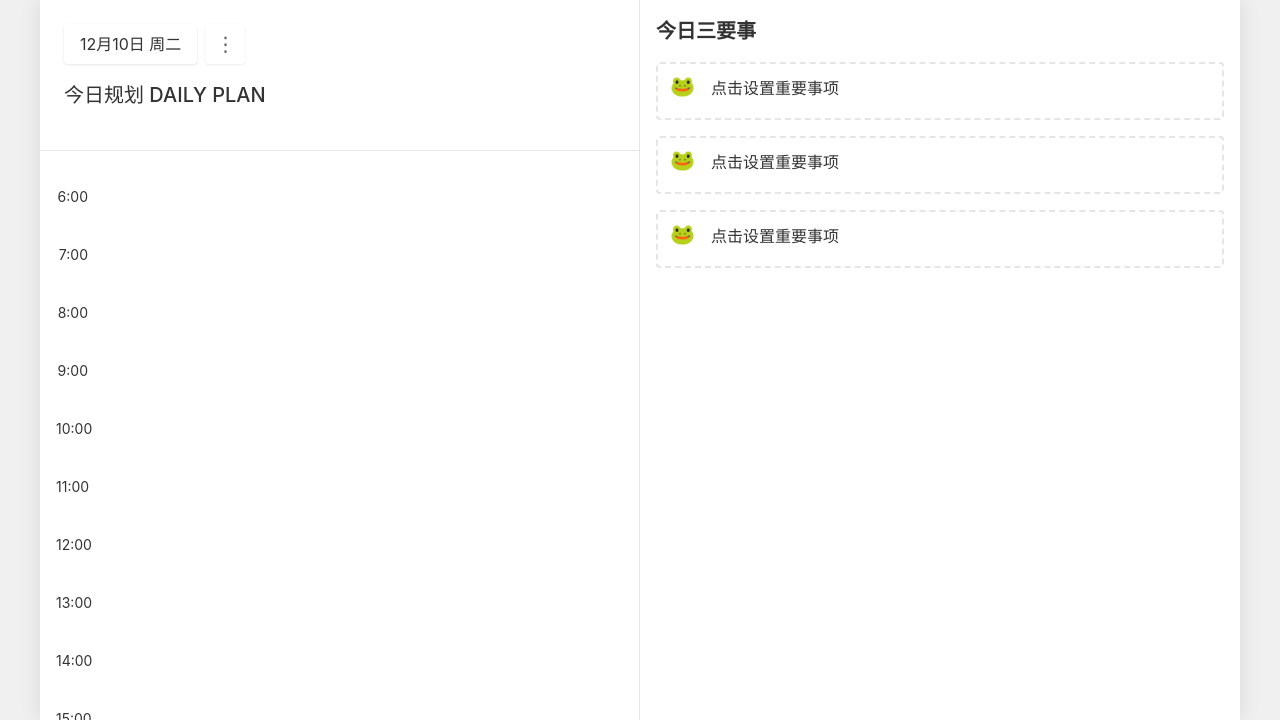
Repository: a6288a/Daily-Planner
Page: index.html
An editor plug-in stored every save of this project. The page is shown before and after the next save, followed by the edit.
The browser window is 1280 px wide. The pictures show the whole page.
An inner scrolling area shows only its first screen.

Above is the page before, as saved 2024-12-10 18:51:56.

### index.html
<!DOCTYPE html>
<html lang="zh">
<head>
    <meta charset="UTF-8">
    <meta name="viewport" content="width=device-width, initial-scale=1.0">
    <title>每日规划笔记本</title>
    <link rel="stylesheet" href="styles.css">
</head>
<body>
    <div class="container">
        <!-- 左侧时间轴区域 -->
        <div class="timeline-area">
            <!-- 顶部日期区域 -->
            <div class="date-header">
                <div class="header-controls">
                    <div class="current-date" id="current-date">
                        <!-- 日期将通过 JS 动态生成 -->
                    </div>
                    <button class="menu-trigger" id="menuTrigger">⋮</button>
                    <div class="header-menu" id="headerMenu">
                        <div class="menu-item danger" id="clearAllData">
                            <span class="menu-icon">🗑️</span>
                            <span>清除所有数据</span>
                        </div>
                    </div>
                </div>
                <h1 class="page-title">今日规划 DAILY PLAN</h1>
            </div>
            <div class="timeline-container" id="timeline-container">
                <!-- 时间轴将通过 JS 动态生成 -->
            </div>
        </div>

        <!-- 右侧区域 -->
        <div class="right-area">
            <!-- 三只青蛙区域 -->
            <div class="frogs-area">
                <h2 class="frogs-title">今日三要事</h2>
                <div class="frog-tasks">
                    <div class="frog-task">
                        <span class="frog-emoji">🐸</span>
                        <div class="task-content" data-index="0">点击设置重要事项</div>
                        <button class="task-clear" title="清除">×</button>
                    </div>
                    <div class="frog-task">
                        <span class="frog-emoji">🐸</span>
                        <div class="task-content" data-index="1">点击设置重要事项</div>
                        <button class="task-clear" title="清除">×</button>
                    </div>
                    <div class="frog-task">
                        <span class="frog-emoji">🐸</span>
                        <div class="task-content" data-index="2">点击设置重要事项</div>
                        <button class="task-clear" title="清除">×</button>
                    </div>
                </div>
            </div>

            <!-- 自由记录区域 -->
            <div class="free-area" id="free-area">
                <!-- 便签将通过 JS 动态生成 -->
            </div>
        </div>
    </div>
    <script src="script.js"></script>
</body>
</html>

### styles.css
:root {
    /* 纸张风格颜色变量 */
    --paper-color: #ffffff;
    --ink-color: #333333;
    --dot-color: #cccccc;
    --line-color: #e5e5e5;
    --accent-color: #4a90e2;

    /* 间距变量 */
    --spacing-unit: 8px;

    /* 字体变量 */
    --title-font: 'PingFang SC', -apple-system, BlinkMacSystemFont, 'Segoe UI', Roboto, sans-serif;
}

* {
    margin: 0;
    padding: 0;
    box-sizing: border-box;
}

body {
    font-family: var(--title-font);
    color: var(--ink-color);
    background-color: #f0f0f0;
    line-height: 1.5;
}

.container {
    display: grid;
    grid-template-columns: 1fr 1fr;
    min-height: 100vh;
    width: 100%;
    max-width: 1200px;
    margin: 0 auto;
    background: var(--paper-color);
    box-shadow: 0 0 20px rgba(0,0,0,0.1);
}

/* 日期头部样式 */
.date-header {
    padding: calc(var(--spacing-unit) * 3);
    border-bottom: 1px solid var(--line-color);
}

.page-title {
    font-size: 1.25rem;
    font-weight: 500;
    margin-bottom: calc(var(--spacing-unit) * 2);
    color: var(--ink-color);
}

.calendar {
    font-size: 0.75rem;
    color: var(--ink-color);
}

.month-grid {
    display: grid;
    grid-template-columns: repeat(12, 1fr);
    gap: 4px;
    margin-bottom: calc(var(--spacing-unit) * 2);
}

.weekday-row {
    display: grid;
    grid-template-columns: repeat(7, 1fr);
    gap: 4px;
}

/* 时间轴区域样式 */
.timeline-area {
    border-right: 1px solid var(--line-color);
    background: var(--paper-color);
    height: 100vh;
    overflow-y: auto;
    padding: 0;
}

.timeline-container {
    padding: calc(var(--spacing-unit) * 2);
}

.time-slot {
    position: relative;
    padding: calc(var(--spacing-unit) * 1.5) 0;
    margin-left: calc(var(--spacing-unit) * 6);
    min-height: 32px;
    display: flex;
    align-items: center;
}

.time-label {
    position: absolute;
    left: calc(var(--spacing-unit) * -6);
    top: 50%;
    transform: translateY(-50%);
    font-size: 0.875rem;
    color: var(--ink-color);
    width: calc(var(--spacing-unit) * 4);
    text-align: right;
}

.time-content {
    position: relative;
    flex: 1;
    margin-left: calc(var(--spacing-unit) * 3);
    min-height: 24px;
    padding: 4px 8px;
    display: flex;
    align-items: center;
    gap: 8px;
    background: var(--paper-color);
    border-radius: 4px;
    transition: all 0.2s ease;
}

.time-content-text {
    flex: 1;
    min-height: 24px;
    outline: none;
}

.time-drag-handle {
    opacity: 0;
    cursor: grab;
    color: var(--dot-color);
    font-size: 14px;
    user-select: none;
    transition: opacity 0.2s ease;
}

.time-content:hover .time-drag-handle {
    opacity: 0.6;
}

.time-content.dragging {
    cursor: grabbing;
    box-shadow: 0 2px 8px rgba(0,0,0,0.1);
    background-color: var(--paper-color);
}

.time-content.dragging .time-drag-handle {
    opacity: 1;
    cursor: grabbing;
}

/* 点状引导线 */
.time-content::before {
    content: '';
    position: absolute;
    left: calc(var(--spacing-unit) * -2);
    right: 8px;
    top: 50%;
    border-top: 1px dotted var(--dot-color);
    z-index: -1;
}

/* 时间轴内容的占位符 */
.time-content:empty::before {
    content: '...';
    color: var(--dot-color);
    position: absolute;
    left: 8px;
    top: 50%;
    transform: translateY(-50%);
    z-index: 0;
}

/* 时间轴内容的编辑状态 */
.time-content:focus {
    outline: none;
    background-color: rgba(74, 144, 226, 0.05);
}

.time-content:hover {
    background-color: rgba(0, 0, 0, 0.02);
}

/* 自由区域样式 */
.free-area {
    flex: 1;
    overflow: auto;
    padding: calc(var(--spacing-unit) * 2);
    position: relative;
    overflow: hidden;
}

.note {
    position: absolute;
    min-width: 200px;
    min-height: 120px;
    max-width: calc(100% - 20px);
    max-height: calc(100% - 20px);
    background: var(--paper-color);
    border-radius: 4px;
    padding: 0;
    box-shadow: 0 2px 4px rgba(0,0,0,0.1);
    user-select: none;
    transform: translate3d(0, 0, 0);
    transition: box-shadow 0.2s ease;
}

.note:hover {
    box-shadow: 0 4px 8px rgba(0,0,0,0.15);
}

.editable {
    width: 100%;
    height: 100%;
    border: none;
    resize: none;
    font-family: inherit;
    font-size: 0.9375rem;
    color: var(--text-primary);
    background: transparent;
    padding: 0;
}

.editable:focus {
    outline: none;
}

/* 响应式设计 */
@media (max-width: 768px) {
    .container {
        grid-template-columns: 1fr; /* 在小屏幕上堆叠显示 */
    }

    .timeline-area,
    .right-area {
        height: 50vh; /* 上下各占一半 */
    }

    .time-label {
        font-size: 0.75rem;
        left: calc(var(--spacing-unit) * -6);
    }

    .note {
        min-width: 160px;
        min-height: 100px;
    }
}

/* 滚动条美化 */
::-webkit-scrollbar {
    width: 8px;
}

::-webkit-scrollbar-track {
    background: var(--background-color);
}

::-webkit-scrollbar-thumb {
    background: var(--primary-light);
    border-radius: 4px;
}

::-webkit-scrollbar-thumb:hover {
    background: var(--primary-color);
}

/* 修改右侧区域结构 */
.right-area {
    display: flex;
    flex-direction: column;
    height: 100vh;
    background: var(--background-color);
}

/* 三只蛙区域样式 */
.frogs-area {
    background: var(--surface-color);
    padding: calc(var(--spacing-unit) * 2);
    box-shadow: var(--shadow-1);
    border-bottom: 1px solid var(--border-color);
}

.frogs-title {
    font-size: 1.25rem;
    color: var(--text-primary);
    margin-bottom: calc(var(--spacing-unit) * 2);
    display: flex;
    align-items: center;
    gap: var(--spacing-unit);
}

.frog-emoji {
    font-size: 1.25rem;
    line-height: 1;
}

.frog-tasks {
    display: grid;
    gap: calc(var(--spacing-unit) * 2);
    margin-bottom: var(--spacing-unit);
}

.frog-task {
    display: flex;
    align-items: center;
    gap: calc(var(--spacing-unit) * 2);
    padding: calc(var(--spacing-unit) * 1.5);
    background: var(--paper-color);
    border: 2px dashed var(--line-color);
    border-radius: 4px;
    min-height: calc(var(--spacing-unit) * 6);
    transition: all 0.2s ease;
    cursor: pointer;
}

.frog-task:hover {
    border-color: var(--accent-color);
    background-color: rgba(74, 144, 226, 0.05);
}

.task-content {
    flex: 1;
    color: var(--text-secondary);
}

.task-content.has-content {
    color: var(--ink-color);
}

.task-clear {
    opacity: 0;
    background: none;
    border: none;
    font-size: 1.2rem;
    color: var(--text-secondary);
    cursor: pointer;
    padding: 4px;
    transition: all 0.2s ease;
}

.frog-task:hover .task-clear {
    opacity: 0.6;
}

.task-clear:hover {
    opacity: 1 !important;
    color: #ff4444;
}

/* 修改自由区域样式 */
.free-area {
    flex: 1;
    overflow: auto;
    padding: calc(var(--spacing-unit) * 2);
    position: relative;
}

/* 响应式设计更新 */
@media (max-width: 768px) {
    .container {
        grid-template-columns: 1fr;
    }

    .timeline-area,
    .right-area {
        height: 50vh;
    }

    .frogs-area {
        padding: var(--spacing-unit);
    }

    .frog-tasks {
        gap: var(--spacing-unit);
    }

    .frog-task {
        padding: var(--spacing-unit);
        min-height: calc(var(--spacing-unit) * 5);
    }
}

/* 修改日期头部样式 */
.current-date {
    font-size: 1rem;
    color: var(--ink-color);
    margin-bottom: calc(var(--spacing-unit) * 2);
    cursor: pointer;
    display: inline-block;
    padding: 8px 16px;
    border-radius: 4px;
    background-color: var(--paper-color);
    box-shadow: 0 1px 3px rgba(0,0,0,0.1);
    transition: all 0.2s ease;
}

.current-date:hover {
    background-color: var(--line-color);
    box-shadow: 0 2px 5px rgba(0,0,0,0.15);
}

/* 修改签样式 */
.note {
    position: absolute;
    min-width: 200px;
    min-height: 120px;
    background: var(--paper-color);
    border-radius: 4px;
    padding: 0;
    box-shadow: 0 2px 4px rgba(0,0,0,0.1);
    user-select: none;
    transform: translate3d(0, 0, 0);
}

.note-header {
    padding: 8px;
    background-color: rgba(0, 0, 0, 0.02);
    border-top-left-radius: 4px;
    border-top-right-radius: 4px;
    border-bottom: 1px solid var(--line-color);
    cursor: grab;
}

.note-header:active {
    cursor: grabbing;
}

.note-content {
    padding: calc(var(--spacing-unit) * 2);
    min-height: 80px;
    user-select: text;
}

.note-header {
    display: flex;
    justify-content: flex-end;
    margin-bottom: var(--spacing-unit);
}

.delete-note {
    background: none;
    border: none;
    color: var(--ink-color);
    cursor: pointer;
    padding: 4px;
    opacity: 0.6;
    transition: opacity 0.2s;
}

.delete-note:hover {
    opacity: 1;
}

/* 修改青蛙任务样式 */
.frog-task {
    display: flex;
    align-items: flex-start;
    gap: calc(var(--spacing-unit) * 2);
    padding: calc(var(--spacing-unit) * 1.5);
    background: var(--paper-color);
    border: 2px dashed var(--line-color);
    border-radius: 4px;
    min-height: calc(var(--spacing-unit) * 6);
    transition: all 0.2s ease;
}

.frog-emoji {
    font-size: 1.25rem;
    line-height: 1;
}

.task-content {
    flex: 1;
    min-height: 24px;
    position: relative;
    pointer-events: none;
}

.task-content:empty::before {
    content: attr(data-placeholder);
    color: var(--dot-color);
    position: absolute;
    pointer-events: none;
}

/* 拖拽相关样式 */
.dragging {
    opacity: 0.5;
    cursor: grabbing;
}

.drag-over {
    border-color: var(--accent-color);
    background-color: rgba(74, 144, 226, 0.1);
    transform: scale(1.02);
}

/* 日期显示样式 */
.current-date {
    font-size: 1rem;
    color: var(--ink-color);
    margin-bottom: calc(var(--spacing-unit) * 2);
    cursor: pointer;
    display: inline-block;
    padding: 8px 16px;
    border-radius: 4px;
    background-color: var(--paper-color);
    box-shadow: 0 1px 3px rgba(0,0,0,0.1);
    transition: all 0.2s ease;
}

.current-date:hover {
    background-color: var(--line-color);
    box-shadow: 0 2px 5px rgba(0,0,0,0.15);
}

/* 便签内容样式 */
.note-content {
    min-height: 60px;
    outline: none;
    padding: 4px;
}

.note-content:focus {
    background-color: rgba(74, 144, 226, 0.05);
}

/* 日期选择器容器 */
.date-picker-container {
    position: relative;
    margin-bottom: calc(var(--spacing-unit) * 2);
}

.current-date {
    font-size: 1.125rem;
    color: var(--ink-color);
    cursor: pointer;
    display: inline-block;
    padding: 8px 16px;
    border-radius: 4px;
    background-color: var(--paper-color);
    box-shadow: 0 1px 3px rgba(0,0,0,0.1);
    transition: all 0.2s ease;
    user-select: none;
}

.current-date:hover {
    background-color: var(--line-color);
    box-shadow: 0 2px 5px rgba(0,0,0,0.15);
}

/* 自定义日期选择样式 */
input[type="date"] {
    position: absolute;
    top: 0;
    left: 0;
    opacity: 0;
    width: 100%;
    height: 100%;
    cursor: pointer;
}

.note {
    transition: transform 0.2s ease;
}

.dragging-to-frog {
    transform: scale(0.95);
    opacity: 0.8;
    cursor: move !important;
}

.dragging {
    opacity: 0.5;
}

.task-menu {
    position: absolute;
    background: white;
    border-radius: 4px;
    box-shadow: 0 2px 10px rgba(0,0,0,0.1);
    max-width: 300px;
    max-height: 400px;
    overflow-y: auto;
    z-index: 1000;
}

.menu-section {
    padding: 8px;
}

.menu-section h3 {
    font-size: 0.9rem;
    color: var(--text-secondary);
    margin-bottom: 8px;
}

.menu-item {
    padding: 8px;
    cursor: pointer;
    border-radius: 4px;
    transition: all 0.2s ease;
}

.menu-item:hover {
    background-color: rgba(74, 144, 226, 0.1);
}

.header-controls {
    display: flex;
    align-items: center;
    gap: 8px;
    margin-bottom: calc(var(--spacing-unit) * 2);
    position: relative;
    height: 40px;
}

.clear-all-btn {
    padding: 8px 16px;
    background-color: #ff4444;
    color: white;
    border: none;
    border-radius: 4px;
    cursor: pointer;
    font-size: 0.875rem;
    transition: all 0.2s ease;
}

.clear-all-btn:hover {
    background-color: #ff6666;
}

/* 菜单触发按钮样式 */
.menu-trigger {
    background: var(--paper-color);
    border: none;
    font-size: 1.25rem;
    color: var(--ink-color);
    cursor: pointer;
    width: 40px;
    height: 40px;
    padding: 0;
    display: flex;
    align-items: center;
    justify-content: center;
    border-radius: 4px;
    box-shadow: 0 1px 3px rgba(0,0,0,0.1);
    opacity: 0.8;
    transition: all 0.2s ease;
}

.menu-trigger:hover {
    background-color: var(--line-color);
    box-shadow: 0 2px 5px rgba(0,0,0,0.15);
    opacity: 1;
}

/* 头部菜单样式 */
.header-menu {
    position: absolute;
    top: calc(100% + 4px);
    right: 0;
    background: var(--paper-color);
    border-radius: 4px;
    box-shadow: 0 2px 10px rgba(0,0,0,0.1);
    min-width: 160px;
    display: none;
    z-index: 1000;
    border: 1px solid var(--line-color);
    animation: menuFadeIn 0.2s ease;
}

@keyframes menuFadeIn {
    from {
        opacity: 0;
        transform: translateY(-10px);
    }
    to {
        opacity: 1;
        transform: translateY(0);
    }
}

.header-menu.show {
    display: block;
}

.header-menu .menu-item {
    padding: 8px 16px;
    display: flex;
    align-items: center;
    gap: 8px;
    cursor: pointer;
    transition: all 0.2s ease;
}

.header-menu .menu-item:hover {
    background-color: var(--line-color);
}

.header-menu .menu-item.danger {
    color: #ff4444;
}

.header-menu .menu-item.danger:hover {
    background-color: #fff1f1;
}

.menu-icon {
    font-size: 1.2em;
}

/* 修改 header-controls 样式 */
.header-controls {
    display: flex;
    align-items: center;
    gap: 8px;
    margin-bottom: calc(var(--spacing-unit) * 2);
    position: relative;
    height: 40px;
}

/* 移除原来的清除按钮样式 */
.clear-all-btn {
    display: none;
}

/* 日期按钮样式 */
.current-date {
    height: 100%;
    display: flex;
    align-items: center;
    padding: 0 16px;
    font-size: 1rem;
    color: var(--ink-color);
    background-color: var(--paper-color);
    border-radius: 4px;
    box-shadow: 0 1px 3px rgba(0,0,0,0.1);
    cursor: pointer;
    transition: all 0.2s ease;
    user-select: none;
    margin: 0;
}

/* 菜单按钮样式 */
.menu-trigger {
    height: 100%;
    width: 40px;
    display: flex;
    align-items: center;
    justify-content: center;
    font-size: 1.25rem;
    color: var(--ink-color);
    background-color: var(--paper-color);
    border: none;
    border-radius: 4px;
    box-shadow: 0 1px 3px rgba(0,0,0,0.1);
    cursor: pointer;
    transition: all 0.2s ease;
    opacity: 0.8;
    margin: 0;
    padding: 0;
}

/* 统一的停效果 */
.current-date:hover,
.menu-trigger:hover {
    background-color: var(--line-color);
    box-shadow: 0 2px 5px rgba(0,0,0,0.15);
    opacity: 1;
}

/* 添加时间范围显示 */
.time-range {
    color: var(--accent-color);
    font-size: 0.875rem;
    white-space: nowrap;
}

/* 添加展开箭头 */
.time-expand {
    opacity: 0;
    cursor: pointer;
    font-size: 0.75rem;
    color: var(--ink-color);
    padding: 4px;
    transition: opacity 0.2s ease;
}

.time-content:hover .time-expand {
    opacity: 0.6;
}

.time-content.dragging {
    transform: scale(0.98);
    opacity: 0.8;
    cursor: grabbing;
    background-color: var(--paper-color);
    box-shadow: 0 2px 4px rgba(0,0,0,0.1);
}

/* 时间范围选择器样式 */
.time-range-picker {
    background: var(--paper-color);
    border-radius: 4px;
    box-shadow: 0 2px 10px rgba(0,0,0,0.1);
    padding: 16px;
    min-width: 240px;
    z-index: 1000;
}

.picker-header {
    font-size: 1rem;
    font-weight: 500;
    margin-bottom: 16px;
    color: var(--ink-color);
}

.picker-content {
    display: flex;
    flex-direction: column;
    gap: 12px;
}

.time-select {
    display: flex;
    flex-direction: column;
    gap: 4px;
}

.time-select label {
    font-size: 0.875rem;
    color: var(--ink-color);
}

.time-select select {
    padding: 4px 8px;
    border: 1px solid var(--line-color);
    border-radius: 4px;
    font-size: 0.875rem;
}

.picker-actions {
    display: flex;
    justify-content: flex-end;
    gap: 8px;
    margin-top: 16px;
}

.picker-actions button {
    padding: 6px 12px;
    border: none;
    border-radius: 4px;
    cursor: pointer;
    font-size: 0.875rem;
    transition: all 0.2s ease;
}

.picker-cancel {
    background: var(--line-color);
    color: var(--ink-color);
}

.picker-confirm {
    background: var(--accent-color);
    color: white;
}

/* 添加拖拽目标样式 */
.time-slot.drop-target {
    background-color: rgba(74, 144, 226, 0.1);
    border-radius: 4px;
}

/* 修改时间内容拖拽状态 */
.time-content.dragging {
    opacity: 0.5;
    transform: scale(0.98);
    pointer-events: none;
}

/* 时间选择器样式优化 */
.time-select select {
    width: 100%;
    padding: 8px;
    border: 1px solid var(--line-color);
    border-radius: 4px;
    font-size: 0.875rem;
    color: var(--ink-color);
    background-color: var(--paper-color);
    cursor: pointer;
}

.time-select select:focus {
    outline: none;
    border-color: var(--accent-color);
    box-shadow: 0 0 0 2px rgba(74, 144, 226, 0.2);
}

/* 时间轴拖拽相关样式优化 */
.time-content-ghost {
    opacity: 0.9;
    background: var(--paper-color);
    box-shadow: 0 4px 12px rgba(0,0,0,0.15);
    z-index: 1000;
    pointer-events: none;
    transition: transform 0.05s ease;
}

.time-content.dragging {
    opacity: 0.3;
    background-color: rgba(74, 144, 226, 0.05);
    pointer-events: none;
}

.time-slot.drop-target {
    background-color: rgba(74, 144, 226, 0.1);
    border-radius: 4px;
    position: relative;
}

.time-slot.drop-target::after {
    content: '';
    position: absolute;
    left: 0;
    right: 0;
    height: 2px;
    background-color: var(--accent-color);
    top: 50%;
    transform: translateY(-50%);
    pointer-events: none;
}

.time-drag-handle {
    cursor: move;
    padding: 0 4px;
    color: var(--dot-color);
    opacity: 0;
    transition: all 0.2s ease;
}

.time-content:hover .time-drag-handle {
    opacity: 0.6;
}

.time-drag-handle:hover {
    opacity: 1 !important;
    color: var(--accent-color);
}

Loaded but not shown: script.js (876 lines, source omitted)

After the next save:
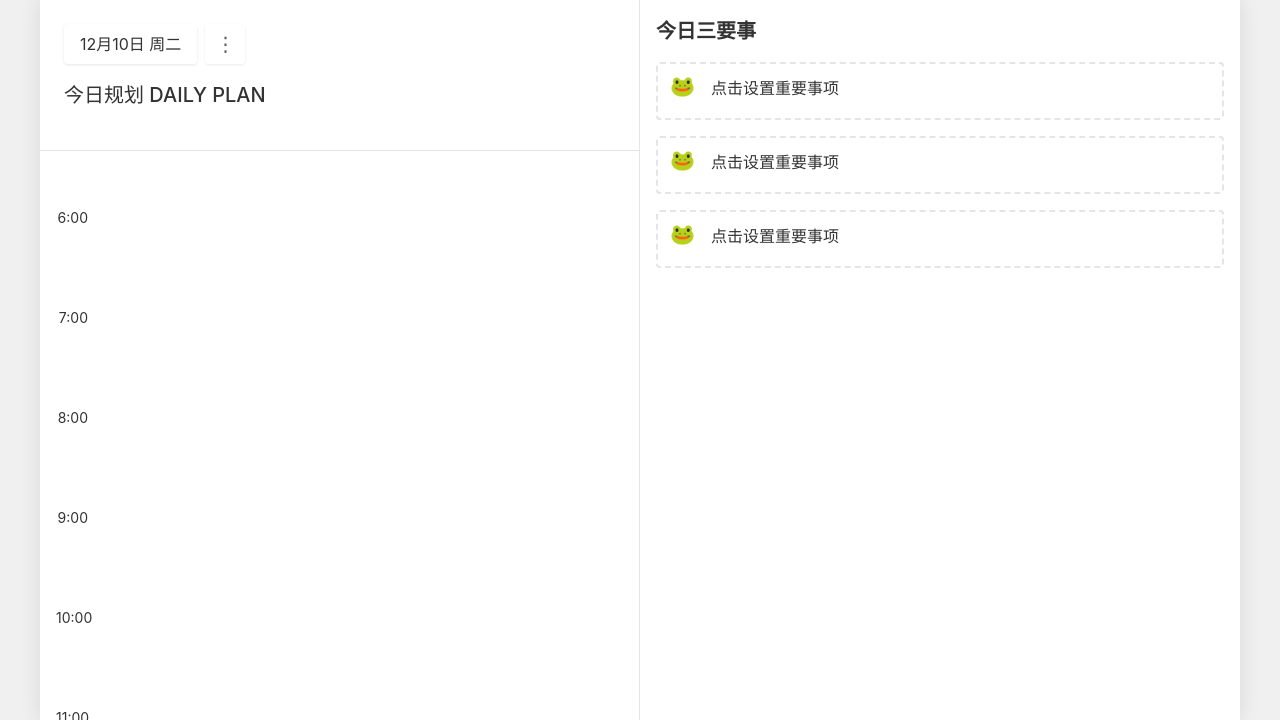
Saved 102 s later.
--- a/styles.css
+++ b/styles.css
@@ -103,16 +103,51 @@ body {
 
 .time-content {
     position: relative;
-    flex: 1;
-    margin-left: calc(var(--spacing-unit) * 3);
-    min-height: 24px;
-    padding: 4px 8px;
+    min-height: 30px;
+    margin: 2px 0;
+    transition: height 0.2s ease;
+}
+
+.time-content-wrapper {
     display: flex;
     align-items: center;
     gap: 8px;
-    background: var(--paper-color);
-    border-radius: 4px;
-    transition: all 0.2s ease;
+    padding: 4px 8px;
+    background: var(--paper-color);
+    border-radius: 4px;
+    height: 100%;
+}
+
+.time-resize-handle {
+    position: absolute;
+    bottom: -2px;
+    left: 0;
+    right: 0;
+    height: 4px;
+    cursor: row-resize;
+    opacity: 0;
+    transition: opacity 0.2s ease;
+}
+
+.time-resize-handle::after {
+    content: '';
+    position: absolute;
+    left: 50%;
+    top: 50%;
+    transform: translate(-50%, -50%);
+    width: 20px;
+    height: 2px;
+    background-color: var(--accent-color);
+    border-radius: 1px;
+}
+
+.time-content:hover .time-resize-handle {
+    opacity: 0.6;
+}
+
+.time-content.resizing .time-resize-handle,
+.time-resize-handle:hover {
+    opacity: 1;
 }
 
 .time-content-text {
@@ -863,7 +898,7 @@ input[type="date"] {
     color: white;
 }
 
-/* 添加拖拽目标样式 */
+/* 添加拖拽���标样式 */
 .time-slot.drop-target {
     background-color: rgba(74, 144, 226, 0.1);
     border-radius: 4px;
